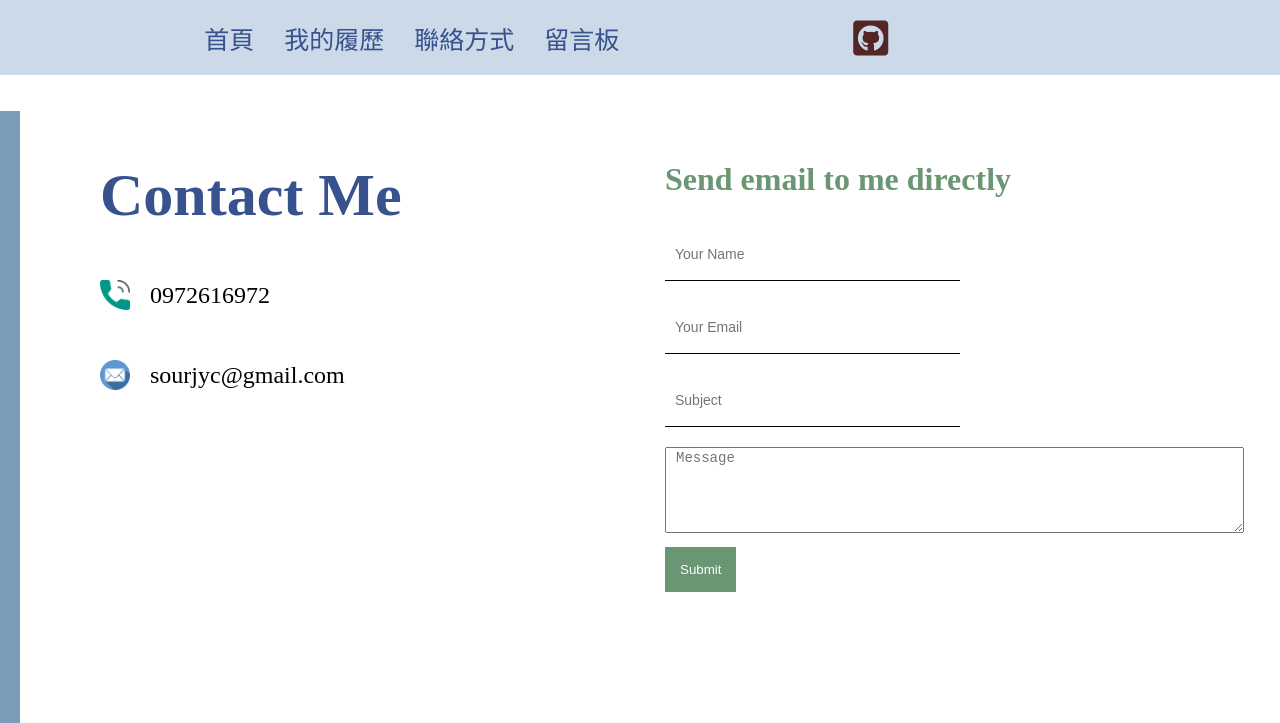
Repository: lcjyc/portfolio-website
Page: /contact
The author's editor kept a copy of each file at every save. The page is drawn from the files as they stood at one save, then again after the next save.
The browser window is 1280 px wide. The pictures show the whole page.
The project was rebuilt for these pictures with package versions that can differ from the ones it lists, and the page was loaded fresh each time. Also part of the build but not shown: src/pages/home/home.css, src/pages/home/Home.jsx, src/pages/resume/resume.css, src/pages/resume/Resume.jsx.

Above is the page before, as saved 2022-08-20 09:49:43.

After the next save:
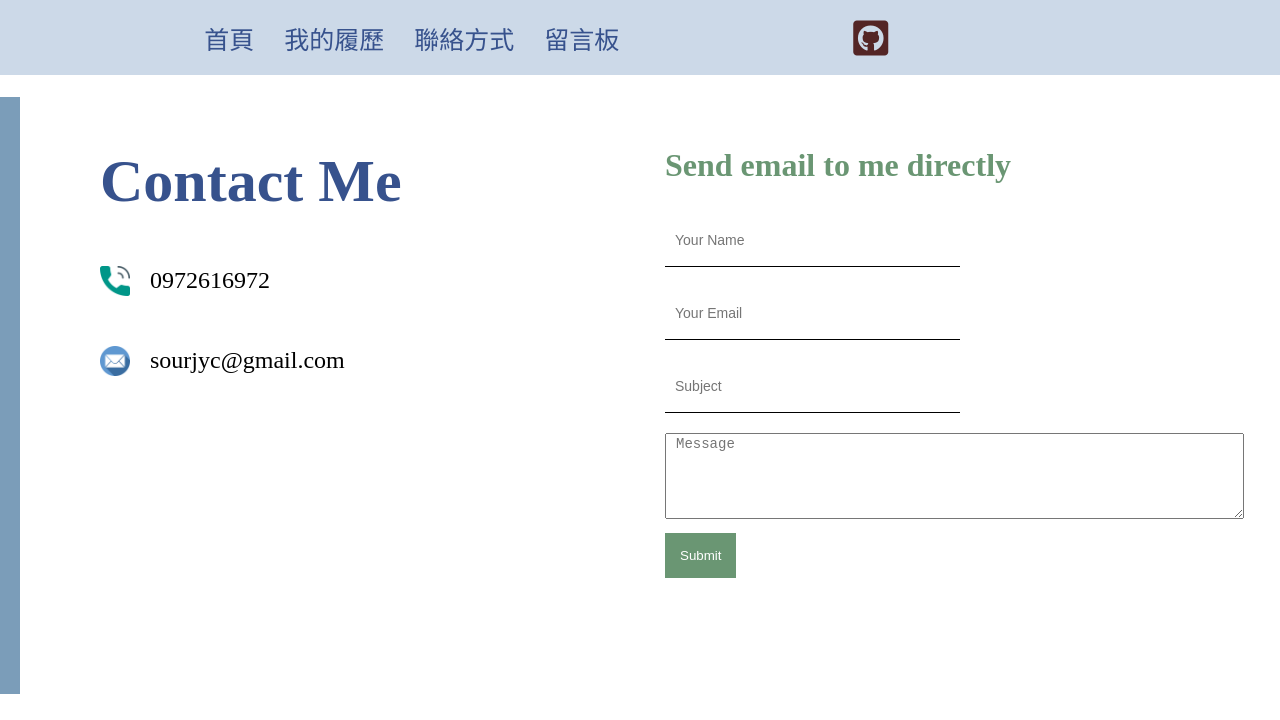
Saved 17 s later.
--- a/src/pages/contact/contact.css
+++ b/src/pages/contact/contact.css
@@ -1,7 +1,7 @@
 .c {
   height: 80vh;
   position: relative;
-  padding-top: 5vh;
+  padding-top: 3vh;
 }
 
 .c-bg {
